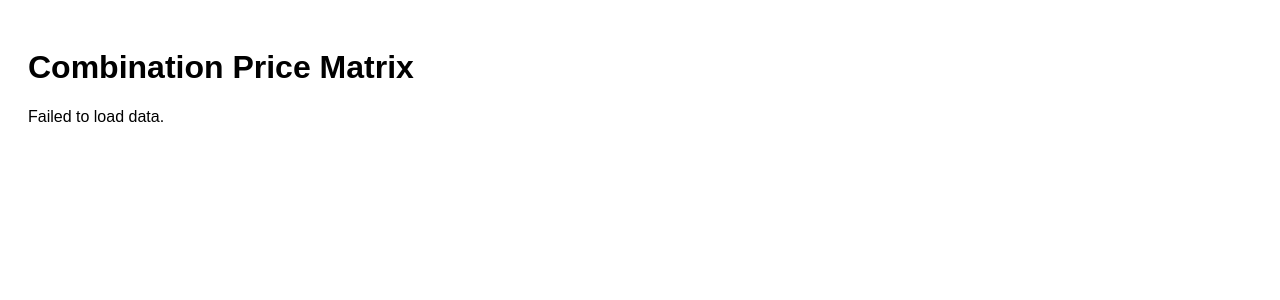
Repository: creesler/minimoqpricing
Page: index.html
The author's editor kept a copy of each file at every save. The page is drawn from the files as they stood at one save, then again after the next save.
The browser window is 1280 px wide. The pictures show the whole page.
The page's requests for data from a server got no answer.

Above is the page before, as saved 2025-05-09 18:00:59.

### index.html
<!DOCTYPE html>
<html>
<head>
  <meta charset="UTF-8">
  <title>Combination Price Table</title>
  <style>
    body { font-family: sans-serif; padding: 20px; }
    table { border-collapse: collapse; width: 100%; margin-bottom: 30px; }
    th, td { border: 1px solid #ccc; padding: 8px; }
    th { background: #eee; }
    td input { width: 100%; }
    button { margin: 2px; }
  </style>
</head>
<body>
  <h1>Combination Price Matrix</h1>
  <div id="table-container"></div>

  <script>
    const API_URL = 'http://localhost:3000/api/combinations';

    async function fetchAndRender() {
      try {
        const res = await fetch(API_URL);
        const data = await res.json();
        console.log("✅ Data fetched:", data);
        renderTable(data.headers, data.rows, data.ids);
      } catch (err) {
        console.error('❌ Failed to fetch combinations:', err);
        document.getElementById('table-container').innerText = "Failed to load data.";
      }
    }

    function renderTable(headers, rows, ids) {
      const container = document.getElementById('table-container');
      container.innerHTML = '';

      const table = document.createElement('table');
      const thead = document.createElement('thead');
      const tbody = document.createElement('tbody');

      // Header row
      const headerRow = document.createElement('tr');
      headers.forEach(h => {
        const th = document.createElement('th');
        th.textContent = h;
        headerRow.appendChild(th);
      });
      thead.appendChild(headerRow);

      // Data rows
      rows.forEach((row, rowIndex) => {
        const tr = document.createElement('tr');
        row.forEach((cell, colIndex) => {
          const td = document.createElement('td');

          // Only the last column (price) is editable
          if (colIndex === row.length - 1) {
            const input = document.createElement('input');
            input.type = 'number';
            input.min = 0;
            input.step = 0.01;
            input.value = cell;
            input.addEventListener('change', () => {
              const price = parseFloat(input.value);
              updatePrice(ids[rowIndex], price);
            });
            td.appendChild(input);
          } else {
            td.textContent = cell;
          }

          tr.appendChild(td);
        });
        tbody.appendChild(tr);
      });

      table.appendChild(thead);
      table.appendChild(tbody);
      container.appendChild(table);
    }

    async function updatePrice(id, price) {
      try {
        const res = await fetch(`${API_URL}/${id}`, {
          method: 'PUT',
          headers: { 'Content-Type': 'application/json' },
          body: JSON.stringify({ price })
        });
        if (!res.ok) throw new Error('Failed to update');
        console.log(`✅ Price updated for ${id}: $${price}`);
      } catch (err) {
        console.error(`❌ Failed to update price for ${id}:`, err);
        alert('Error updating price.');
      }
    }

    fetchAndRender();
  </script>
</body>
</html>

After the next save:
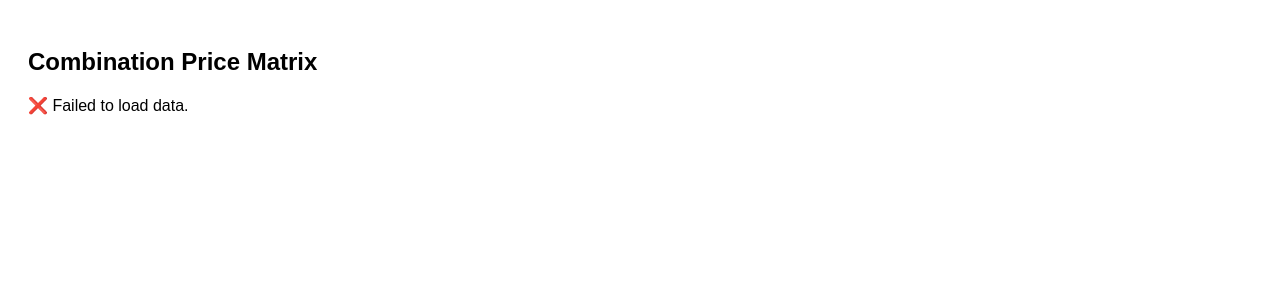
Saved 10 min 19 s later.
--- a/index.html
+++ b/index.html
@@ -2,19 +2,19 @@
 <html>
 <head>
   <meta charset="UTF-8">
-  <title>Combination Price Table</title>
+  <title>Combination Table</title>
   <style>
     body { font-family: sans-serif; padding: 20px; }
-    table { border-collapse: collapse; width: 100%; margin-bottom: 30px; }
+    table { border-collapse: collapse; width: 100%; margin-bottom: 20px; }
     th, td { border: 1px solid #ccc; padding: 8px; }
-    th { background: #eee; }
+    th { background-color: #eee; }
     td input { width: 100%; }
-    button { margin: 2px; }
+    button[disabled] { opacity: 0.6; }
   </style>
 </head>
 <body>
-  <h1>Combination Price Matrix</h1>
-  <div id="table-container"></div>
+  <h2>Combination Price Matrix</h2>
+  <div id="tableContainer">Loading...</div>
 
   <script>
     const API_URL = 'http://localhost:3000/api/combinations';
@@ -23,16 +23,15 @@
       try {
         const res = await fetch(API_URL);
         const data = await res.json();
-        console.log("✅ Data fetched:", data);
         renderTable(data.headers, data.rows, data.ids);
       } catch (err) {
-        console.error('❌ Failed to fetch combinations:', err);
-        document.getElementById('table-container').innerText = "Failed to load data.";
+        document.getElementById('tableContainer').innerHTML = "❌ Failed to load data.";
+        console.error(err);
       }
     }
 
     function renderTable(headers, rows, ids) {
-      const container = document.getElementById('table-container');
+      const container = document.getElementById('tableContainer');
       container.innerHTML = '';
 
       const table = document.createElement('table');
@@ -46,32 +45,46 @@
         th.textContent = h;
         headerRow.appendChild(th);
       });
+      const actionTh = document.createElement('th');
+      actionTh.textContent = 'Action';
+      headerRow.appendChild(actionTh);
       thead.appendChild(headerRow);
 
-      // Data rows
-      rows.forEach((row, rowIndex) => {
+      // Rows
+      rows.forEach((row, i) => {
         const tr = document.createElement('tr');
-        row.forEach((cell, colIndex) => {
+        let priceInput;
+
+        row.forEach((val, j) => {
           const td = document.createElement('td');
-
-          // Only the last column (price) is editable
-          if (colIndex === row.length - 1) {
+          if (j === row.length - 1) {
             const input = document.createElement('input');
             input.type = 'number';
+            input.value = val;
             input.min = 0;
             input.step = 0.01;
-            input.value = cell;
-            input.addEventListener('change', () => {
-              const price = parseFloat(input.value);
-              updatePrice(ids[rowIndex], price);
-            });
+            priceInput = input;
             td.appendChild(input);
           } else {
-            td.textContent = cell;
+            td.textContent = val;
           }
-
           tr.appendChild(td);
         });
+
+        // Save button
+        const actionTd = document.createElement('td');
+        const saveBtn = document.createElement('button');
+        saveBtn.textContent = '💾 Save';
+        saveBtn.onclick = async () => {
+          saveBtn.disabled = true;
+          saveBtn.textContent = '⏳ Saving...';
+          await updatePrice(ids[i], parseFloat(priceInput.value));
+          saveBtn.textContent = '✅ Saved';
+          setTimeout(fetchAndRender, 1000);
+        };
+        actionTd.appendChild(saveBtn);
+        tr.appendChild(actionTd);
+
         tbody.appendChild(tr);
       });
 
@@ -87,11 +100,11 @@
           headers: { 'Content-Type': 'application/json' },
           body: JSON.stringify({ price })
         });
-        if (!res.ok) throw new Error('Failed to update');
-        console.log(`✅ Price updated for ${id}: $${price}`);
+        if (!res.ok) throw new Error("Failed to save");
+        console.log(`✅ Price updated: ${id} = $${price}`);
       } catch (err) {
-        console.error(`❌ Failed to update price for ${id}:`, err);
-        alert('Error updating price.');
+        alert("❌ Failed to save price.");
+        console.error(err);
       }
     }
 
